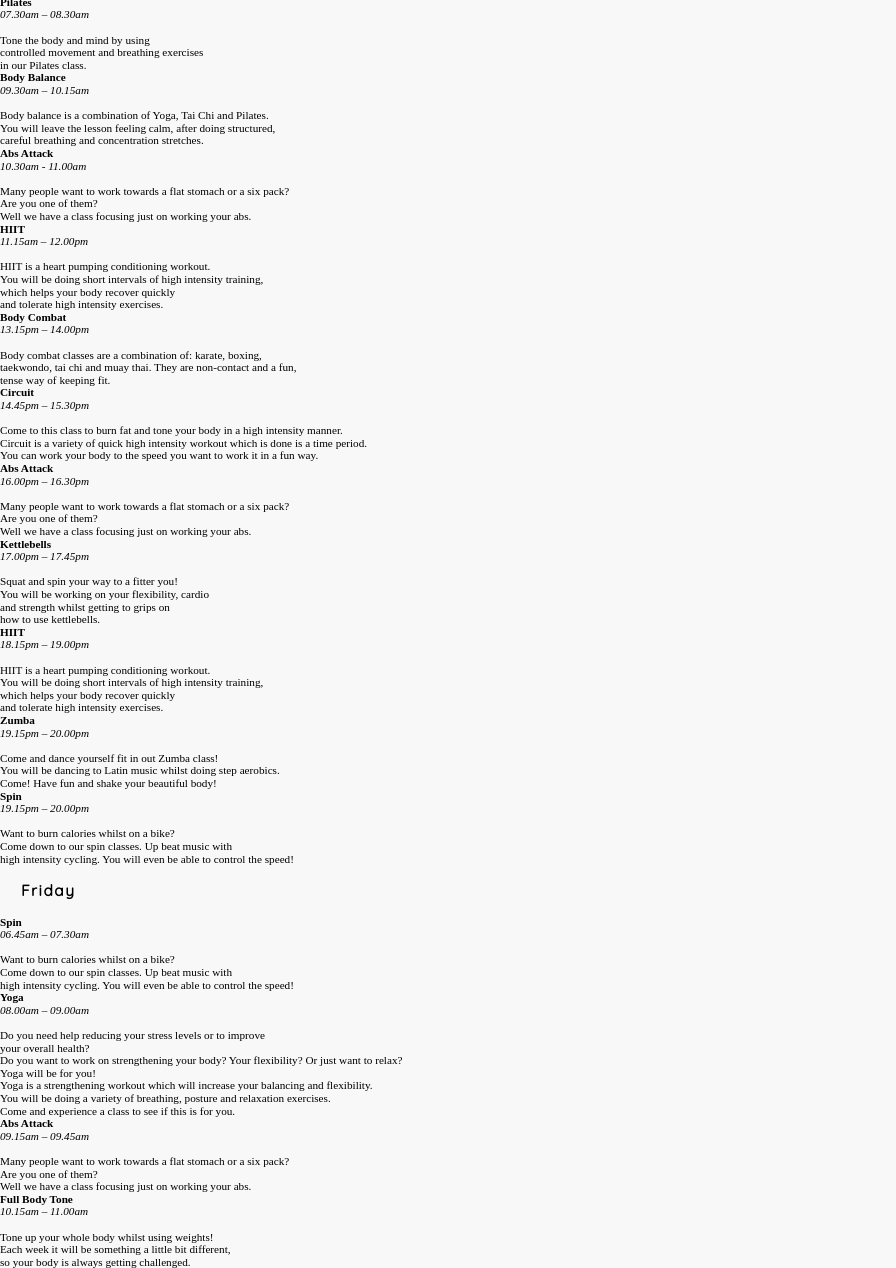
Repository: RicardoAzuul/the_fitness_hub
Page: full_class_details.html
The author's editor kept a record of every edit. The page is drawn from the files as they stood at one moment, then again after the next edit.
The browser window is 1280 px wide. The pictures show the part of the page from y = 4446 to 6366 px (the page is 6258 px tall before and 6366 px after), at 70% of full size.
Some web fonts or font styles are not loaded; a fallback is used.

Above is the page before.

### full_class_details.html
<!DOCTYPE html>
<html>
    <head>
        <meta charset="UTF-8">
        <meta name="viewport" content="width=device-width, initial-scale=1.0">
        <meta http-equiv="X-UA-Compatible" content="ie=edge">
        <title>The Fitness Hub</title>
        <link rel="stylesheet" href="https://cdnjs.cloudflare.com/ajax/libs/font-awesome/4.7.0/css/font-awesome.min.css">
        <link rel="stylesheet" href="css/style.css" type="text/css">
        <link href="https://fonts.googleapis.com/css?family=Livvic&display=swap" rel="stylesheet">
        <link href="https://fonts.googleapis.com/css?family=Quicksand&display=swap" rel="stylesheet">
        <link href="https://fonts.googleapis.com/css?family=Turret+Road&display=swap" rel="stylesheet">
    </head>
    <body>
      <h2 class="full_title"> Full Class Timetable!</h2>


      <h3 class="day">Monday</h3>
      <div class="table_structure">
      <div class="full_class">
          <b>Pilates</b><br>
          <em>06.15am – 07.15am</em><br><br>
          Tone the body and mind by using<br>
          controlled movement and breathing exercises<br>
          in our Pilates class.
      </div>

      <div class="full_class">
          <b>Body Balance</b><br>
          <em>07.45am – 08.30am</em><br><br>
          Body balance is a combination of Yoga, Tai Chi and Pilates.<br>
         You will leave the lesson feeling calm, after doing structured,<br>
         careful breathing and concentration stretches.
      </div>

        <div class="full_class">
          <b>HIIT</b><br>
          <em>09.00am – 09.45am</em><br><br>
          HIIT is a heart pumping conditioning workout.<br>
          You will be doing short intervals of high intensity training,<br>
          which helps your body recover quickly<br>
          and tolerate high intensity exercises.
        </div>

        <div class="full_class">
          <b>Spin</b><br>
          <em>10.15am – 11.00am</em><br><br>
         Want to burn calories whilst on a bike?<br>
         Come down to our spin classes. Up beat music with<br>
         high intensity cycling. You will even be able to control the speed!
        </div>

        <div class="full_class">
          <b>Body Combat</b><br>
          <em>11.10am – 11.55am</em><br><br>
          Body combat classes are a combination of: karate, boxing,<br>
          taekwondo, tai chi and muay thai. They are non-contact and a fun,<br>
          tense way of keeping fit.
        </div>

        <div class="full_class">
          <b>Kettlebells</b><br>
          <em>12.00pm – 12.45pm</em><br><br>
          Squat and spin your way to a fitter you!<br>
          You will be working on your flexibility, cardio<br>
          and strength whilst getting to grips on<br>
          how to use kettlebells.<br>
        </div>

        <div class="full_class_2">
          <b>Yoga</b><br>
          <em>14.00pm – 15.00pm</em><br><br>
          Do you need help reducing your stress levels or to improve<br>
          your overall health?<br>
          Do you want to work on strengthening your body? Your flexibility? Or just want to relax?<br>
          Yoga will be for you!<br>
          Yoga is a strengthening workout which will increase your balancing and flexibility.<br>
          You will be doing a variety of breathing, posture and relaxation exercises.<br>
          Come and experience a class to see if this is for you.
          </div>

          <div class="full_class">
          <b>Full Body Tone</b><br>
          <em>15.05pm – 15.50pm</em><br><br>
          Tone up your whole body whilst using weights!<br>
          Each week it will be something a little bit different,<br>
          so your body is always getting challenged.
          </div>

          <div class="full_class">
          <b>Body Combat</b><br>
          <em>16.00pm – 16.45pm</em><br><br>
          Body combat classes are a combination of: karate, boxing,<br>
          taekwondo, tai chi and muay thai. They are non-contact and a fun,<br>
          tense way of keeping fit.
          </div>

          <div class="full_class">
          <b>Abs Attack</b><br>
          <em>17.30pm – 18.00pm</em><br><br>
          Many people want to work towards a flat stomach or a six pack?<br>
          Are you one of them?<br>
          Well we have a class focusing just on working your abs.<br>
          </div>

          <div class="full_class">
          <b>Spin</b><br>
          <em>18.30pm – 19.15pm</em><br><br>
         Want to burn calories whilst on a bike?<br>
         Come down to our spin classes. Up beat music with<br>
         high intensity cycling. You will even be able to control the speed!
        </div>

        <div class="full_class">
          <b>Zumba</b><br>
          <em>19.30pm – 20.15pm</em><br><br>
         Come and dance yourself fit in out Zumba class!<br>
         You will be dancing to Latin music whilst doing step aerobics.<br>
         Come! Have fun and shake your beautiful body!<br>
       </div>
      </div>

      <h3 class="day">Tuesday</h3>
      <div class="table_structure">
      <div class="full_class">
          <b>Bootcamp</b><br>
          <em>06.30am – 07.15am</em><br><br>
         Want a different way to work out? Come and join our bootcamp class!<br>
         Military style class working on toning your body and burning fat!<br>
         You need a strict teacher to make you fit? Come and join this class.<br>
       </div>

       <div class="full_class">
          <b>HIIT</b><br>
          <em>09.00am – 09.45am</em><br><br>
          HIIT is a heart pumping conditioning workout.<br>
          You will be doing short intervals of high intensity training,<br>
          which helps your body recover quickly<br>
          and tolerate high intensity exercises.
        </div>

        <div class="full_class">
          <b>Pilates</b><br>
          <em>10.15am – 11.00am</em><br><br>
          Tone the body and mind by using<br>
          controlled movement and breathing exercises<br>
          in our Pilates class.
      </div>

      <div class="full_class_3">
          <b>LBT</b><br>
          <em>11.15am – 12.00pm</em><br><br>
          Working on your legs, bum and tum seems to be very popular these days,<br>
          so we have decided to do a class where you can work all three!<br>
           I know who wouldn’t love this!<br>
           Come to our class to have fun whilst working on your legs,<br>
           booty and tum!<br>
       </div>

       <div class="full_class">
          <b>Body Pump</b><br>
          <em>13.00pm – 13.45pm</em><br><br>
           Do you want to gain strength, burn fat and tone up?<br>
           Come and join our body pump classes!<br>
           You will be working out in a fast upbeat class whilst using weights.<br>
       </div>

       <div class="full_class">
          <b>Full Body Tone</b><br>
          <em>14.00pm – 14.45pm</em><br><br>
          Tone up your whole body whilst using weights!<br>
          Each week it will be something a little bit different,<br>
          so your body is always getting challenged.
          </div>

          <div class="full_class">
          <b>Zumba</b><br>
          <em>15.00pm – 15.45pm</em><br><br>
         Come and dance yourself fit in out Zumba class!<br>
         You will be dancing to Latin music whilst doing step aerobics.<br>
         Come! Have fun and shake your beautiful body!<br>
       </div>

       <div class="full_class">
          <b>Body Balance</b><br>
          <em>16.00pm – 16.45pm</em><br><br>
          Body balance is a combination of Yoga, Tai Chi and Pilates.<br>
         You will leave the lesson feeling calm, after doing structured,<br>
         careful breathing and concentration stretches.
      </div>

      <div class="full_class_3">
          <b>LBT</b><br>
          <em>17.15pm – 18.00pm</em><br><br>
          Working on your legs, bum and tum seems to be very popular these days,<br>
          so we have decided to do a class where you can work all three!<br>
           I know who wouldn’t love this!<br>
           Come to our class to have fun whilst working on your legs,<br>
           booty and tum!<br>
       </div>

       <div class="full_class">
          <b>Body Attack</b><br>
          <em>18.15pm – 19.00pm</em><br><br>
          Come to our whole body workout to burn calories and tone you into shape!<br>
          This will improve your stamina as well as your coordination.
       </div>

       <div class="full_class">
          <b>Spin</b><br>
          <em>19.15pm – 20.00pm</em><br><br>
         Want to burn calories whilst on a bike?<br>
         Come down to our spin classes. Up beat music with<br>
         high intensity cycling. You will even be able to control the speed!
        </div>
        </div>

        <h3 class="day">Wednesday</h3>
        <div class="table_structure">
          <div class="full_class_2">
          <b>Yoga</b><br>
          <em>06.15am – 07.15am</em><br><br>
          Do you need help reducing your stress levels or to improve<br>
          your overall health?<br>
          Do you want to work on strengthening your body? Your flexibility? Or just want to relax?<br>
          Yoga will be for you!<br>
          Yoga is a strengthening workout which will increase your balancing and flexibility.<br>
          You will be doing a variety of breathing, posture and relaxation exercises.<br>
          Come and experience a class to see if this is for you.
          </div>

          <div class="full_class">
          <b>Body Pump</b><br>
          <em>07.30am – 08.15am</em><br><br>
           Do you want to gain strength, burn fat and tone up?<br>
           Come and join our body pump classes!<br>
           You will be working out in a fast upbeat class whilst using weights.<br>
       </div>

       <div class="full_class">
          <b>Bootcamp</b><br>
          <em>08.45am – 09.30am</em><br><br>
         Want a different way to work out? Come and join our bootcamp class!<br>
         Military style class working on toning your body and burning fat!<br>
         You need a strict teacher to make you fit? Come and join this class.<br>
       </div>

       <div class="full_class">
          <b>Body Attack</b><br>
          <em>10.30am – 11.15am</em><br><br>
          Come to our whole body workout to burn calories and tone you into shape!<br>
          This will improve your stamina as well as your coordination.
       </div>

       <div class="full_class">
          <b>Circuit</b><br>
          <em>11.30am – 12.15pm</em><br><br>
          Come to this class to burn fat and tone your body in a high intensity manner.<br>
          Circuit is a variety of quick high intensity workout which is done is a time period.<br>
          You can work your body to the speed you want to work it in a fun way.
       </div>

       <div class="full_class">
          <b>Full Body Tone</b><br>
          <em>13.00pm – 13.45pm</em><br><br>
          Tone up your whole body whilst using weights!<br>
          Each week it will be something a little bit different,<br>
          so your body is always getting challenged.
          </div>

          <div class="full_class_3">
          <b>LBT</b><br>
          <em>14.15pm – 15.00pm</em><br><br>
          Working on your legs, bum and tum seems to be very popular these days,<br>
          so we have decided to do a class where you can work all three!<br>
           I know who wouldn’t love this!<br>
           Come to our class to have fun whilst working on your legs,<br>
           booty and tum!<br>
       </div>

       <div class="full_class">
          <b>Pilates</b><br>
          <em>16.30pm – 17.15pm</em><br><br>
          Tone the body and mind by using<br>
          controlled movement and breathing exercises<br>
          in our Pilates class.
      </div>

      <div class="full_class">
          <b>Bootcamp</b><br>
          <em>17.45pm – 18.15pm</em><br><br>
         Want a different way to work out? Come and join our bootcamp class!<br>
         Military style class working on toning your body and burning fat!<br>
         You need a strict teacher to make you fit? Come and join this class.<br>
       </div>

       <div class="full_class_3">
          <b>Clubbercise</b><br>
          <em>18.30pm – 19.15pm</em><br><br>
         Want to burn calories in a fun way? Come to our clubbercise class!<br>
         It is a dance aerobic session in the dark! But wait for it…<br>
         You also get glow sticks!<br>
         Burning calories, whilst dancing feeling like you’re on a night out!<br>
         I know who doesn’t want to try this class!<br>
      </div>

      <div class="full_class">
          <b>Zumba</b><br>
          <em>19.30pm – 20.15pm</em><br><br>
         Come and dance yourself fit in out Zumba class!<br>
         You will be dancing to Latin music whilst doing step aerobics.<br>
         Come! Have fun and shake your beautiful body!<br>
       </div>
       </div>

       <h3 class="day">Thursday</h3>
       <div class="table_structure">
         <div class="full_class">
          <b>Circuit</b><br>
          <em>06.30am – 07.15am</em><br><br>
          Come to this class to burn fat and tone your body in a high intensity manner.<br>
          Circuit is a variety of quick high intensity workout which is done is a time period.<br>
          You can work your body to the speed you want to work it in a fun way.
       </div>

       <div class="full_class">
          <b>Pilates</b><br>
          <em>07.30am – 08.30am</em><br><br>
          Tone the body and mind by using<br>
          controlled movement and breathing exercises<br>
          in our Pilates class.
      </div>

      <div class="full_class">
          <b>Body Balance</b><br>
          <em>09.30am – 10.15am</em><br><br>
          Body balance is a combination of Yoga, Tai Chi and Pilates.<br>
         You will leave the lesson feeling calm, after doing structured,<br>
         careful breathing and concentration stretches.
      </div>

      <div class="full_class">
          <b>Abs Attack</b><br>
          <em>10.30am - 11.00am</em><br><br>
          Many people want to work towards a flat stomach or a six pack?<br>
          Are you one of them?<br>
          Well we have a class focusing just on working your abs.<br>
          </div>

          <div class="full_class">
          <b>HIIT</b><br>
          <em>11.15am – 12.00pm</em><br><br>
          HIIT is a heart pumping conditioning workout.<br>
          You will be doing short intervals of high intensity training,<br>
          which helps your body recover quickly<br>
          and tolerate high intensity exercises.
        </div>

        <div class="full_class">
          <b>Body Combat</b><br>
          <em>13.15pm – 14.00pm</em><br><br>
          Body combat classes are a combination of: karate, boxing,<br>
          taekwondo, tai chi and muay thai. They are non-contact and a fun,<br>
          tense way of keeping fit.
          </div>

          <div class="full_class">
          <b>Circuit</b><br>
          <em>14.45pm – 15.30pm</em><br><br>
          Come to this class to burn fat and tone your body in a high intensity manner.<br>
          Circuit is a variety of quick high intensity workout which is done is a time period.<br>
          You can work your body to the speed you want to work it in a fun way.
       </div>

       <div class="full_class">
          <b>Abs Attack</b><br>
          <em>16.00pm – 16.30pm</em><br><br>
          Many people want to work towards a flat stomach or a six pack?<br>
          Are you one of them?<br>
          Well we have a class focusing just on working your abs.<br>
          </div>

          <div class="full_class">
          <b>Kettlebells</b><br>
          <em>17.00pm – 17.45pm</em><br><br>
          Squat and spin your way to a fitter you!<br>
          You will be working on your flexibility, cardio<br>
          and strength whilst getting to grips on<br>
          how to use kettlebells.<br>
        </div>

        <div class="full_class">
          <b>HIIT</b><br>
          <em>18.15pm – 19.00pm</em><br><br>
          HIIT is a heart pumping conditioning workout.<br>
          You will be doing short intervals of high intensity training,<br>
          which helps your body recover quickly<br>
          and tolerate high intensity exercises.
        </div>

        <div class="full_class">
          <b>Zumba</b><br>
          <em>19.15pm – 20.00pm</em><br><br>
         Come and dance yourself fit in out Zumba class!<br>
         You will be dancing to Latin music whilst doing step aerobics.<br>
         Come! Have fun and shake your beautiful body!<br>
       </div>

       <div class="full_class">
          <b>Spin</b><br>
          <em>19.15pm – 20.00pm</em><br><br>
         Want to burn calories whilst on a bike?<br>
         Come down to our spin classes. Up beat music with<br>
         high intensity cycling. You will even be able to control the speed!
        </div>
       </div>

       <h3 class="day">Friday</h3>
       <div class="table_structure">
           <div class="full_class">
          <b>Spin</b><br>
          <em>06.45am – 07.30am</em><br><br>
         Want to burn calories whilst on a bike?<br>
         Come down to our spin classes. Up beat music with<br>
         high intensity cycling. You will even be able to control the speed!
        </div>

        <div class="full_class_2">
          <b>Yoga</b><br>
          <em>08.00am – 09.00am</em><br><br>
          Do you need help reducing your stress levels or to improve<br>
          your overall health?<br>
          Do you want to work on strengthening your body? Your flexibility? Or just want to relax?<br>
          Yoga will be for you!<br>
          Yoga is a strengthening workout which will increase your balancing and flexibility.<br>
          You will be doing a variety of breathing, posture and relaxation exercises.<br>
          Come and experience a class to see if this is for you.
          </div>

          <div class="full_class">
          <b>Abs Attack</b><br>
          <em>09.15am – 09.45am</em><br><br>
          Many people want to work towards a flat stomach or a six pack?<br>
          Are you one of them?<br>
          Well we have a class focusing just on working your abs.<br>
          </div>

          <div class="full_class">
          <b>Full Body Tone</b><br>
          <em>10.15am – 11.00am</em><br><br>
          Tone up your whole body whilst using weights!<br>
          Each week it will be something a little bit different,<br>
          so your body is always getting challenged.
          </div>
       </div>
    </body>
</html>

Loaded but not shown: css/style.css (1271 lines, source omitted)

After the next edit:
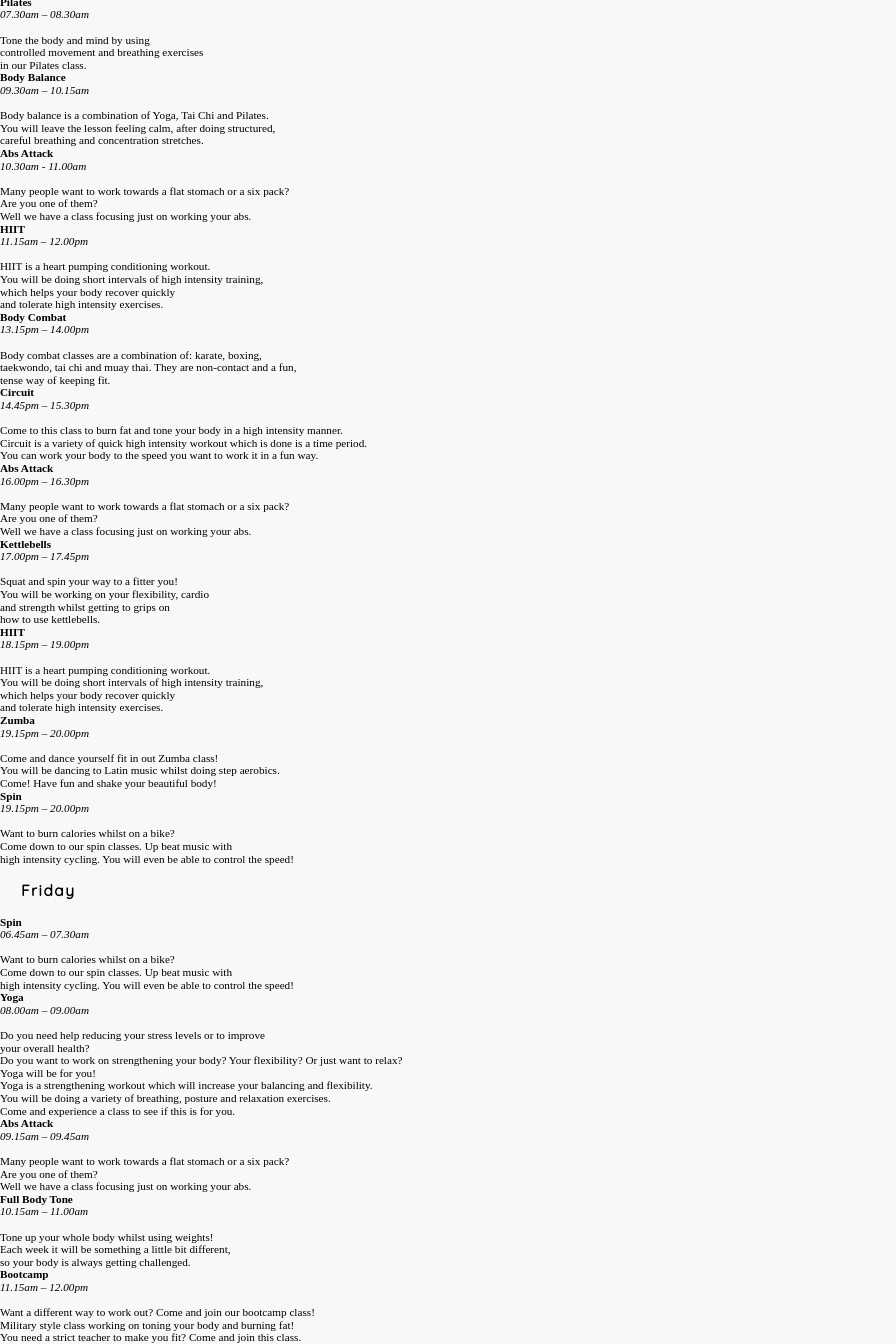
The edit:
--- a/full_class_details.html
+++ b/full_class_details.html
@@ -452,6 +452,14 @@
           Each week it will be something a little bit different,<br>
           so your body is always getting challenged.
           </div>
+
+          <div class="full_class">
+          <b>Bootcamp</b><br>
+          <em>11.15am – 12.00pm</em><br><br>
+         Want a different way to work out? Come and join our bootcamp class!<br>
+         Military style class working on toning your body and burning fat!<br>
+         You need a strict teacher to make you fit? Come and join this class.<br>
+       </div>
        </div>
     </body>
 </html>
